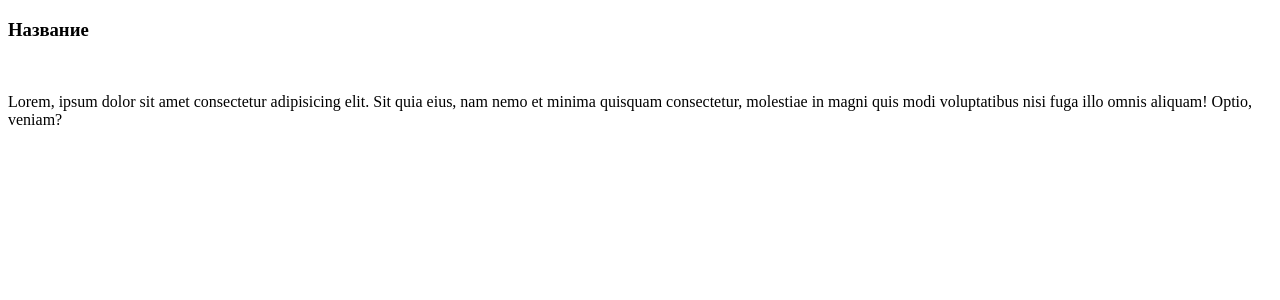
Repository: MaratLK/PLKFrontend
Page: Templates/NewsForIndex.html
An editor plug-in stored every save of this project. The page is shown before and after the next save, followed by the edit.
The browser window is 1280 px wide. The pictures show the whole page.

Above is the page before, as saved 2024-08-25 06:09:28.

After the next save:
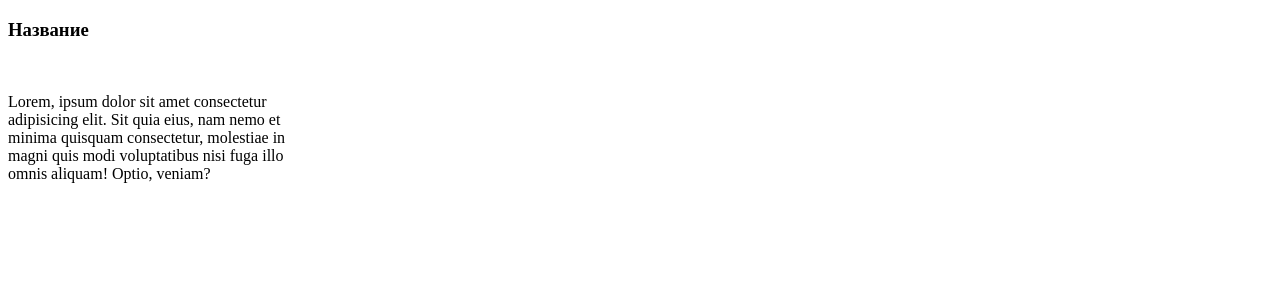
Saved 4 min 36 s later.
--- a/Templates/NewsForIndex.html
+++ b/Templates/NewsForIndex.html
@@ -4,10 +4,16 @@
     <meta charset="UTF-8">
     <meta name="viewport" content="width=device-width, initial-scale=1.0">
     <title>Document</title>
+    <style>
+        .newsblk{
+            height: 300px;
+            width: 300px;
+        }
+    </style>
 </head>
 <body>
-    <section>
-        <div class="news">
+    <section class="news">
+        <div class="newsblk">
             <h3>Название</h3>
             <img>
             <p>Lorem, ipsum dolor sit amet consectetur adipisicing elit. Sit quia eius, nam nemo et minima quisquam consectetur, molestiae in magni quis modi voluptatibus nisi fuga illo omnis aliquam! Optio, veniam?</p>
